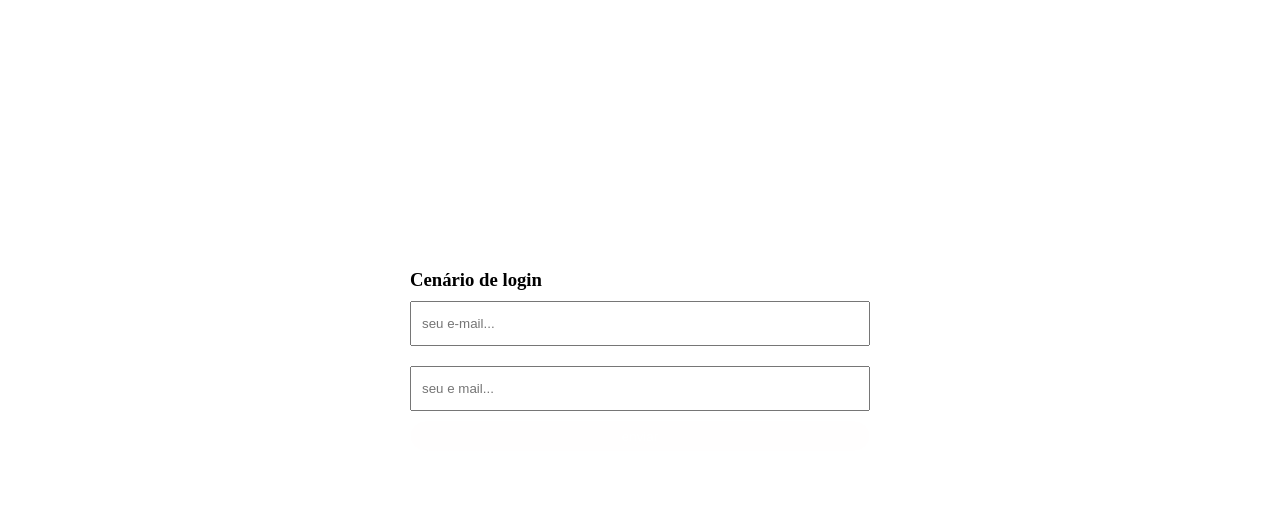
Repository: josceno/Sistema-para-controle-de-experimenta-o-animal
Page: index.html
The author's editor kept a copy of each file at every save. The page is drawn from the files as they stood at one save, then again after the next save.
The browser window is 1280 px wide. The pictures show the whole page.

Above is the page before, as saved 2021-09-13 15:56:02.

### index.html
<html>
    <head>
        <title>Form Contato</title>

    </head>
    <style>
        *{margin:0; padding:0;box-sizing: border-box;}
        body
        {
            background-color: #c53f2100;
        }
        form
        {
            background-color: white;
            max-width: 500px;
            width: 70%;
            padding:20px;
            position:absolute;
            left: 50%;
            top: 50%;

            transform: translate(-50%,-50%);
        }
        form input[type=text],
        form input[type =text]{
            width: 100%;
            height: 45px;
            border:ipx solid #ccc;
            padding-left: 10px;
            margin: 10px 0;
        }
        form input[type=submit]
        {
            width: 100%;
            height:30px;
            cursor: pointer;
            background : #FF3B1101;
            color: white;
            border: 0;
            border-radius:20px;


        }
    </style>

    <body>

        <form>
            <h3>Cenário de login</h3>
            <input type="text" name ="email" placeholder= "seu e-mail..."/>
            <input type = "text" name = "email" placeholder=  "seu e mail..."/>
            <input type =  "submit"name = "acao" value = "enviar"/>
        </form>
    </body>
</html>

After the next save:
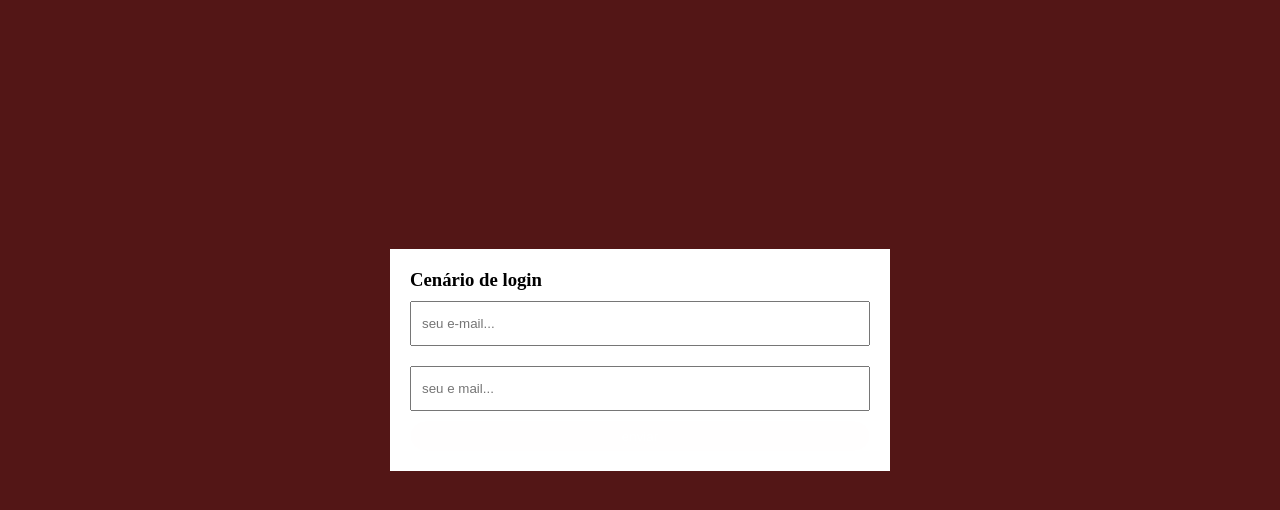
Saved 34 s later.
--- a/index.html
+++ b/index.html
@@ -7,7 +7,7 @@
         *{margin:0; padding:0;box-sizing: border-box;}
         body
         {
-            background-color: #c53f2100;
+            background-color: #531616;
         }
         form
         {
